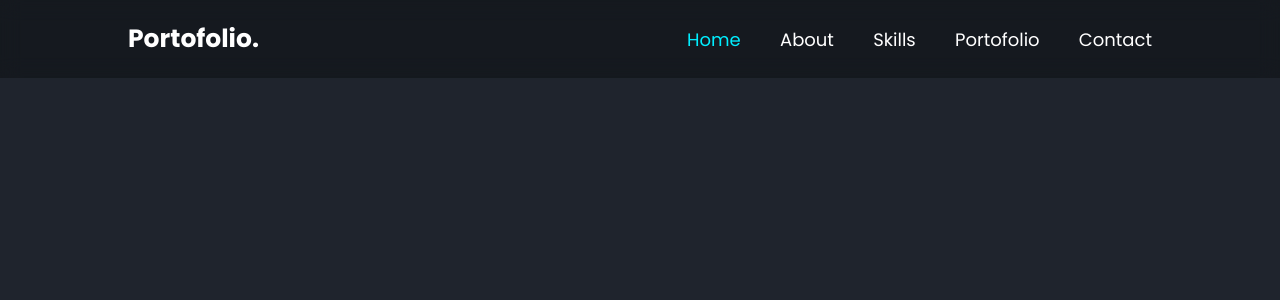
Repository: Olovrelvino/personalWebsite-HtmlCssJs-project
Page: portofolio.html
The author's editor kept a copy of each file at every save. The page is drawn from the files as they stood at one save, then again after the next save.
The browser window is 1280 px wide. The pictures show the whole page.

Above is the page before, as saved 2024-09-21 20:45:40.

After the next save:
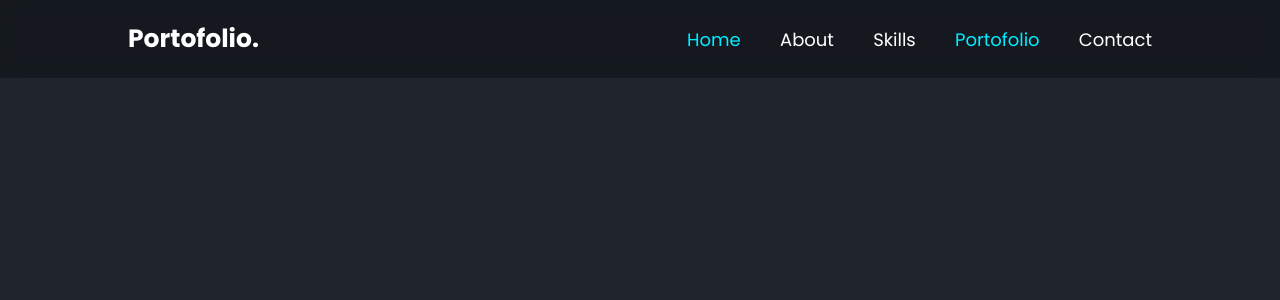
Saved 34 s later.
--- a/portofolio.html
+++ b/portofolio.html
@@ -15,7 +15,7 @@
                 <a href="#home" style="--i:1;" class="active">Home</a>
                 <a href="#about" style="--i:2;">About</a>
                 <a href="#Skills" style="--i:3;">Skills</a>
-                <a href="portofolio.html" style="--i:4;">Portofolio</a>
+                <a href="portofolio.html" style="--i:4;" class="active">Portofolio</a>
                 <a href="#" style="--i:5;">Contact</a>
             </nav>
         </header>
